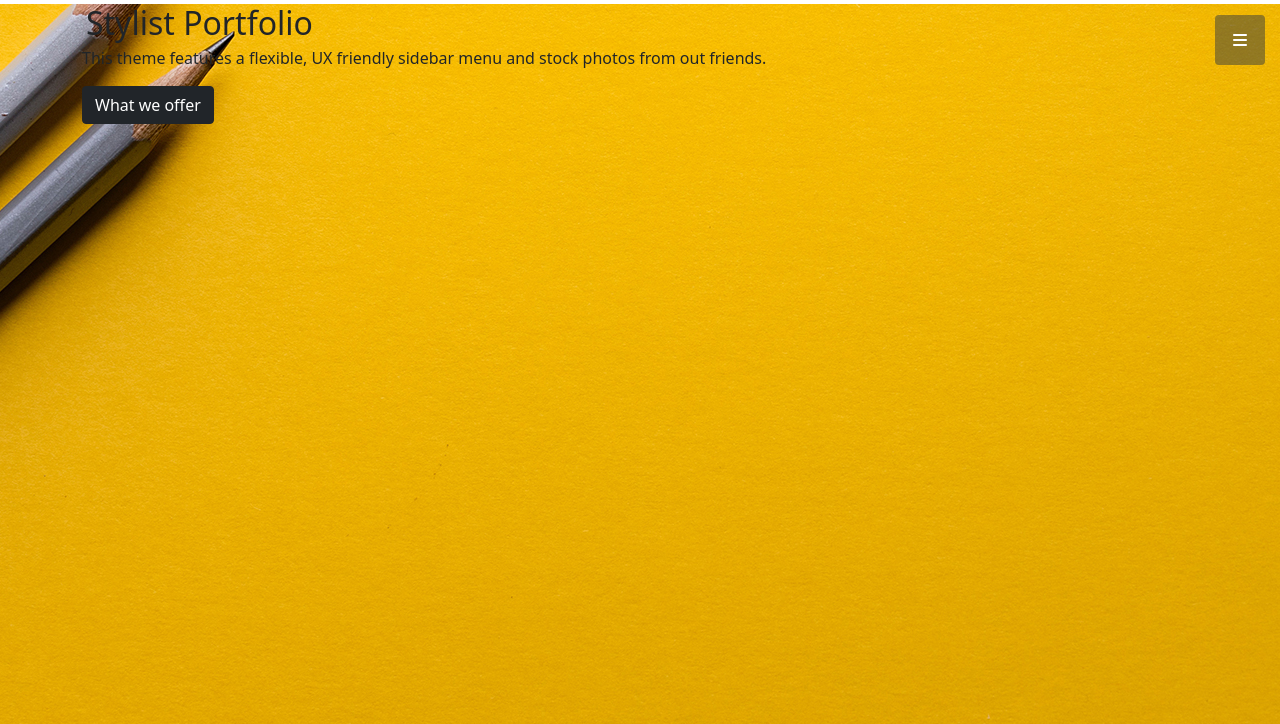
Repository: hoangpino/VE_FE_FrameWork_005
Page: lab06/index.html
These files come from the project's save history. The page is drawn as it stood at one moment and after the next save; the edit follows.
The browser window is 1280 px wide. The pictures show the whole page.

Above is the page before, as saved 2021-10-02 19:39:37.

After the next save:
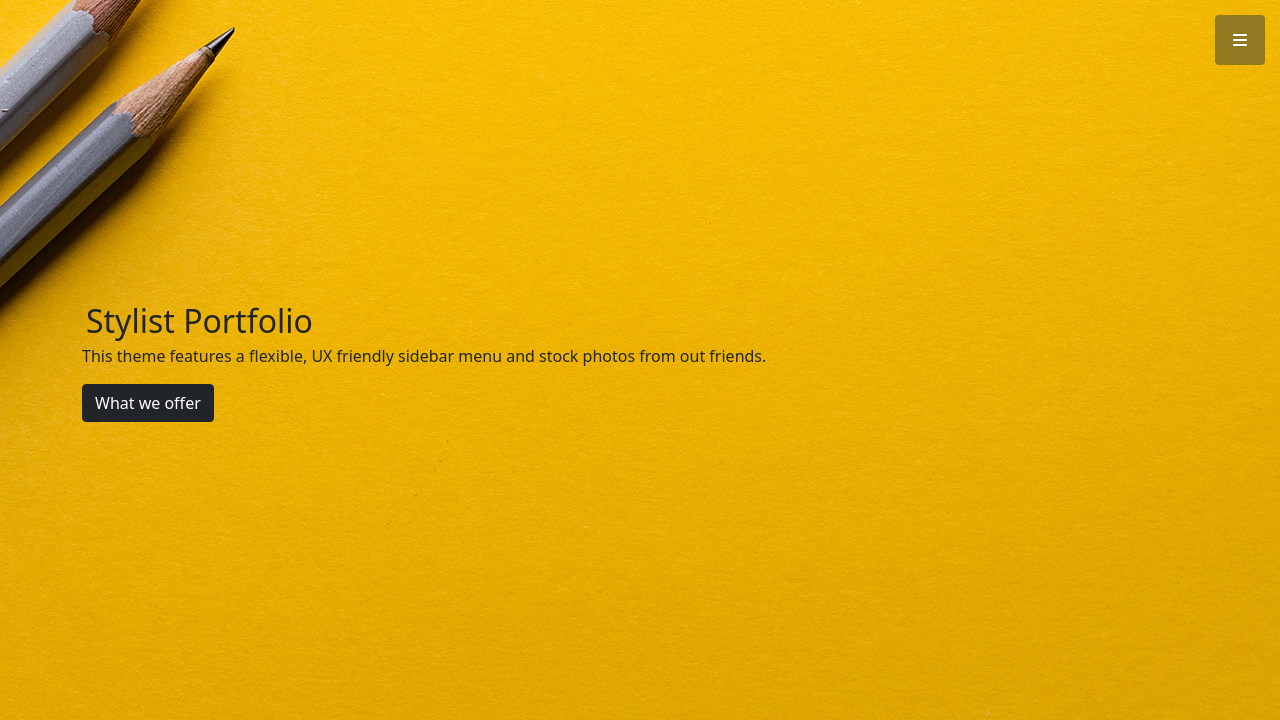
Saved 48 s later.
--- a/lab06/index.html
+++ b/lab06/index.html
@@ -40,7 +40,7 @@
     </div>
 
     <!-- Header -->
-    <header class="" id="about">
+    <header class="d-flex align-items-center" id="about">
         <div class="container">
             <h2 class="m-1">Stylist Portfolio</h2>
             <p class="">This theme features a flexible, UX friendly sidebar menu and stock photos
